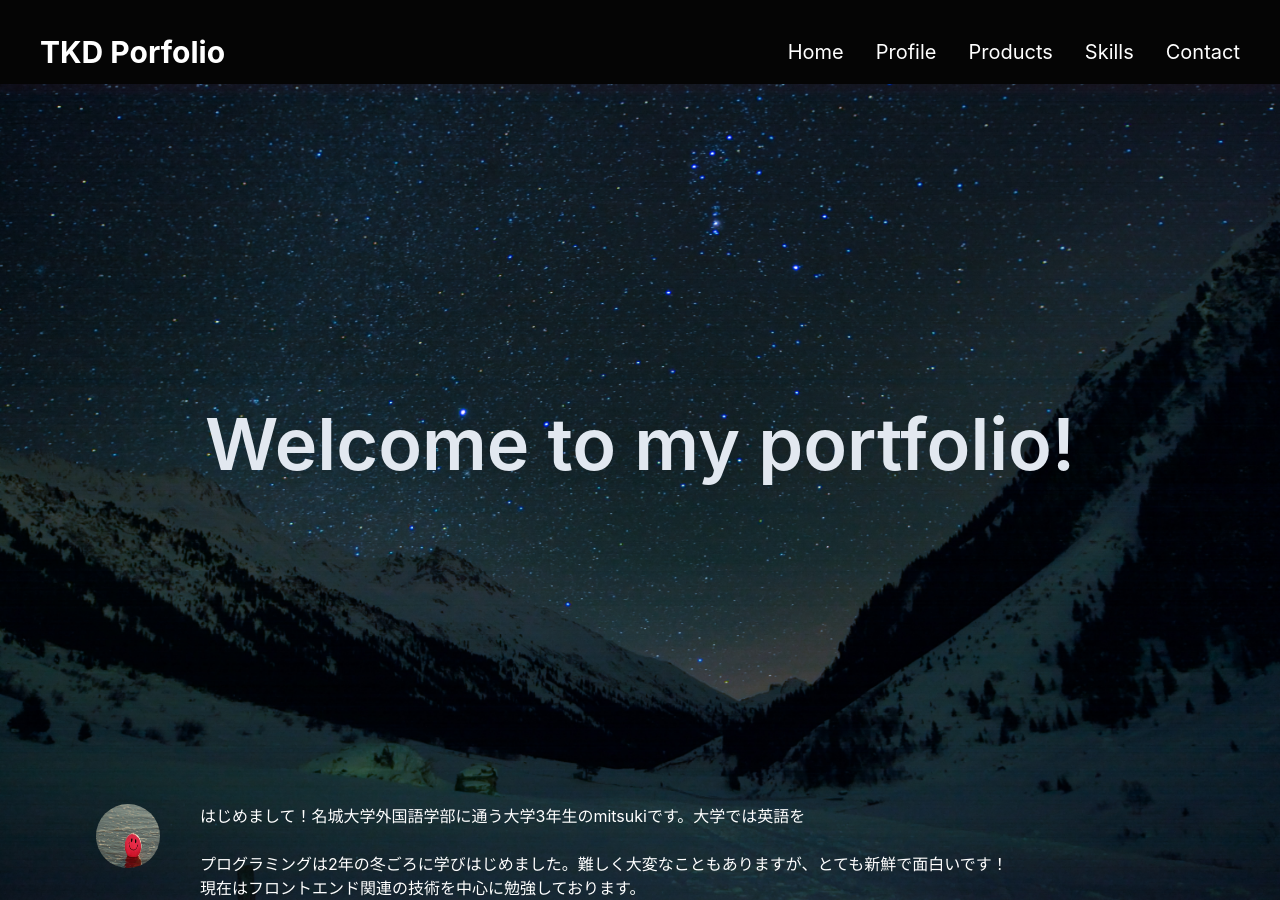
Repository: MitukiTakada/todo-aplication
Page: / (app in design/dev/react-tailwind/react-tailwind/)
These files come from the project's save history. The page is drawn as it stood at one moment and after the next save; the edit follows.
The browser window is 1280 px wide. The pictures show the whole page.
The project was rebuilt for these pictures with package versions that can differ from the ones it lists, and the page was loaded fresh each time. Also part of the build but not shown: design/dev/react-tailwind/react-tailwind/src/components/Contact.jsx, design/dev/react-tailwind/react-tailwind/src/components/Products.jsx, design/dev/react-tailwind/react-tailwind/src/components/Profile.jsx, design/dev/react-tailwind/react-tailwind/src/components/Skills.jsx.

Above is the page before, as saved 2022-11-19 14:57:06.

### design/dev/react-tailwind/react-tailwind/public/index.html
<!DOCTYPE html>
<html lang="en">
  <head>
    <meta charset="utf-8" />
    <link rel="icon" href="%PUBLIC_URL%/favicon.ico" />
    <meta name="viewport" content="width=device-width, initial-scale=1" />
    <meta name="theme-color" content="#000000" />
    <meta
      name="description"
      content="Web site created using create-react-app"
    />
    <link rel="apple-touch-icon" href="%PUBLIC_URL%/logo192.png" />
    <link rel ="stylesheet" href="https://cdnjs.cloudflare.com/ajax/libs/font-awesome/5.15.3/css/all.min.css">
    <!--
      manifest.json provides metadata used when your web app is installed on a
      user's mobile device or desktop. See https://developers.google.com/web/fundamentals/web-app-manifest/
    -->
    <link rel="manifest" href="%PUBLIC_URL%/manifest.json" />
    <!--
      Notice the use of %PUBLIC_URL% in the tags above.
      It will be replaced with the URL of the `public` folder during the build.
      Only files inside the `public` folder can be referenced from the HTML.

      Unlike "/favicon.ico" or "favicon.ico", "%PUBLIC_URL%/favicon.ico" will
      work correctly both with client-side routing and a non-root public URL.
      Learn how to configure a non-root public URL by running `npm run build`.
    -->
    <title>React App</title>
  </head>
  <body>
    <noscript>You need to enable JavaScript to run this app.</noscript>
    <div id="root"></div>
    <!--
      This HTML file is a template.
      If you open it directly in the browser, you will see an empty page.

      You can add webfonts, meta tags, or analytics to this file.
      The build step will place the bundled scripts into the <body> tag.

      To begin the development, run `npm start` or `yarn start`.
      To create a production bundle, use `npm run build` or `yarn build`.
    -->
  </body>
</html>

### design/dev/react-tailwind/react-tailwind/src/index.jsx
import React from 'react';
import ReactDOM from 'react-dom/client';
import './index.css';
import App from './App';
import reportWebVitals from './reportWebVitals';
import { BrowserRouter } from 'react-router-dom';
import { ChakraProvider } from '@chakra-ui/provider';

const root = ReactDOM.createRoot(document.getElementById('root'));
root.render(
  <React.StrictMode>
    <BrowserRouter>
        <ChakraProvider>
          <App />
        </ChakraProvider>
    </BrowserRouter>
  </React.StrictMode>
);

// If you want to start measuring performance in your app, pass a function
// to log results (for example: reportWebVitals(console.log))
// or send to an analytics endpoint. Learn more: https://bit.ly/CRA-vitals
reportWebVitals();

### design/dev/react-tailwind/react-tailwind/src/App.jsx
import { BrowserRouter, Routes, Route } from "react-router-dom";
import Contact from "./components/Contact";
import Header from "./components/Header";
import Home from "./components/Home";
import Products from "./components/Products";
import Profile from "./components/Profile";
import Skills from "./components/Skills";


function App() {
  return (
    <div className=" bg-body  text-white w-full sm:px-0 pt-5">
     <Header />
      <Routes>
        <Route path="/" element={<Home />}/>
        <Route path="/prfole" element={<Profile />}/>
        <Route path="products" element={<Products />}/>
        <Route path="/skills" element={<Skills />}/>
        <Route path="/contact" element={<Contact />}/>
      </Routes>
    </div>
  );
}

export default App;

### design/dev/react-tailwind/react-tailwind/src/components/Header.jsx
import React from 'react'
import { Link } from 'react-router-dom'
import "./output.css"
import Hamburger from './atoms/Hamburger'

const Header = () => {
  return (
    <header className="container flex justify-between  w-full items-center mr-0 relative h-16 px-10">
      <div>
        <h2 className="text-2xl font-bold md:text-3xl">TKD Porfolio</h2>
      </div>
      <nav className="flex space-x-8 text-xl ml-8 items-center hidden md:block">
        <Link to={"/"} className="link">Home</Link>
        <Link to={"/profile"} className="link">Profile</Link>
        <Link to={"/products"} className="link">Products</Link>
        <Link to={"/skills"} className="link">Skills</Link>
        <Link to={"/contact"} className="link">Contact</Link>
      </nav>
      <Hamburger className="md:hidden absolute right-3"/>
    </header>
  )
}

export default Header

### design/dev/react-tailwind/react-tailwind/src/components/Home.jsx
import React from 'react'
import mainImage from "../images/main-image.jpeg"
import "./Home.css";
import userImage from "../images/user.jpg"

const Home = () => {
  return (
    <div className="home ">
      <div className="items-center ">
        <h1 className=" font-semibold text-3xl 100v text-center text-slate-200 lg:text-7xl md:text-5xl">Welcome to my portfolio!</h1>
      </div>
      <div className="flex mx-auto px-24 space-x-10">
        <img src={userImage} alt="" className="h-16 w-16 rounded-full"/>
        <div>
          <p>
            はじめまして！名城大学外国語学部に通う大学3年生のmitsukiです。大学では英語を
          </p>
          <br />
          <p>
          プログラミングは2年の冬ごろに学びはじめました。難しく大変なこともありますが、とても新鮮で面白いです！
          </p>
          <p>
          現在はフロントエンド関連の技術を中心に勉強しております。
          </p>
          </div>
      </div>
    </div>
  )
}

export default Home

### design/dev/react-tailwind/react-tailwind/src/components/output.css
.link {
  @apply hover:text-purple-400 transition-all duration-300;
}
.drawer-link {
  @apply hover:text-purple-400 transition-all duration-300 text-xl block text-center my-3;
}
.contact-btn {
  @apply bg-purple-500 font-bold text-xl px-3 py-2 rounded border-none hover:bg-purple-800 duration-300 transition-all mt-10
}
.secondary-title {
  @apply text-3xl font-bold;
}
.secondary-title::before {
  content: "";
  @apply block w-12 h-2 bg-purple-400 rounded-full mb-1;
}

.section-paragraph {
  @apply text-secondary my-6 w-full max-w-3xl
}

.badge {
  @apply px-4 py-2 text-sm rounded bg-badge block
}

.send-btn {
  @apply bg-teal-400 font-bold text-xl px-3 py-2 rounded border-none hover:bg-teal-600 duration-300 transition-all mt-10
}

### design/dev/react-tailwind/react-tailwind/src/components/atoms/Hamburger.jsx
import React from 'react'
import {
  Drawer,
  DrawerBody,
  DrawerOverlay,
  DrawerContent,
  DrawerCloseButton,
  useDisclosure,
  Button
} from '@chakra-ui/react'
import { Link } from 'react-router-dom';
import { HamburgerIcon } from '@chakra-ui/icons';

const Hamburger = () => {
  const { isOpen, onOpen, onClose } = useDisclosure()
  return (
    <div className="md:hidden">
        <HamburgerIcon h={30} w={30} className="hover:text-purple-400 duration-300 transition-all cursor-pointer"
        onClick={onOpen}
        />
        <Drawer isOpen={isOpen} onClose={onClose} placement="left" size="xs">
          <DrawerOverlay>
            <DrawerContent>
              <DrawerBody className="w-2/5 bg-slate-200 h-full p-12">
                <div className="z-20 space-y-5 text-xl">
                  <Link to={"/"} className="link drawer-link">Home</Link>
                  <Link to={"/profile"} className="link drawer-link">Profile</Link>
                  <Link to={"/products"} className="link drawer-link">Products</Link>
                  <Link to={"/skills"} className="link drawer-link">Skills</Link>
                  <Link to={"/contact"} className="link drawer-link">Contact</Link>
                  <DrawerCloseButton className="text-white text-md  p-2 rounded mt-15 mx-auto bg-red-400 transition-all duration-300 hover:bg-red-700 ">閉じる</DrawerCloseButton>
                </div>
              </DrawerBody>
            </DrawerContent>
          </DrawerOverlay>
        </Drawer>
      </div>
  )
}

export default Hamburger

### design/dev/react-tailwind/react-tailwind/src/components/Home.css
.home {
  background-image: url(../images/mountain.jpeg);
  background-position: center;
  background-size: cover;
  height: 100%;
  width: 100%;
}

.home h1 {
  line-height: 100vh;
  align-items: center;
}

### design/dev/react-tailwind/react-tailwind/tailwind.config.js
/** @type {import('tailwindcss').Config} */
module.exports = {
  content: [
    "./src/**/*.{js,jsx,ts,tsx}",
  ],
  theme: {
    extend: {

      colors: {
        body: "#050505",
        secondary: "#9191A4",
        badge: "#3F3F51"
      },
      lineHeight: {
        "100v": "100vh"
      }
    },
  },
  plugins: [],
}

Loaded but not shown: design/dev/react-tailwind/react-tailwind/src/index.css (common file); design/dev/react-tailwind/react-tailwind/src/reportWebVitals.js (common file)

After the next save:
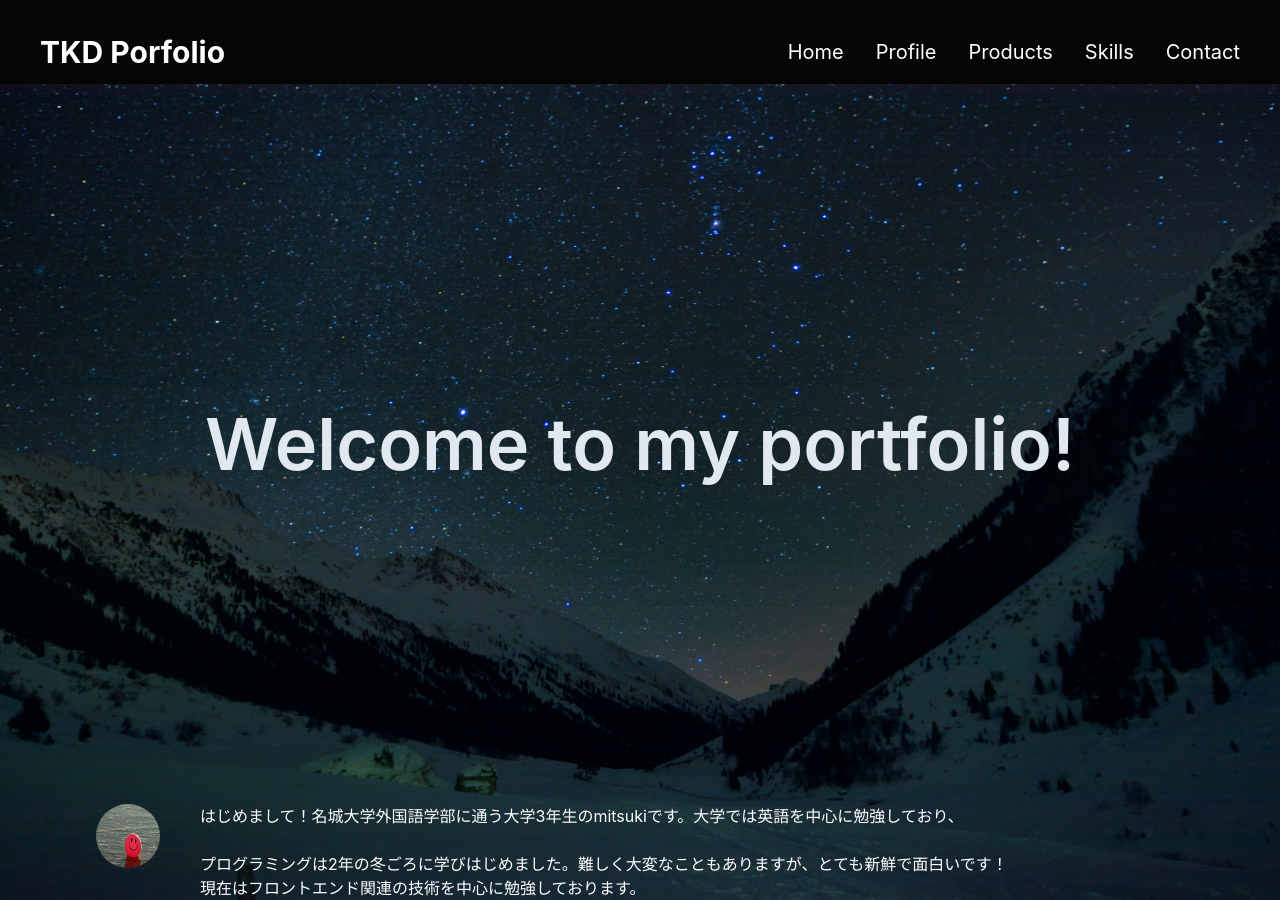
Saved 7 s later.
--- a/design/dev/react-tailwind/react-tailwind/src/components/Home.jsx
+++ b/design/dev/react-tailwind/react-tailwind/src/components/Home.jsx
@@ -13,7 +13,7 @@ const Home = () => {
         <img src={userImage} alt="" className="h-16 w-16 rounded-full"/>
         <div>
           <p>
-            はじめまして！名城大学外国語学部に通う大学3年生のmitsukiです。大学では英語を
+            はじめまして！名城大学外国語学部に通う大学3年生のmitsukiです。大学では英語を中心に勉強しており、
           </p>
           <br />
           <p>
